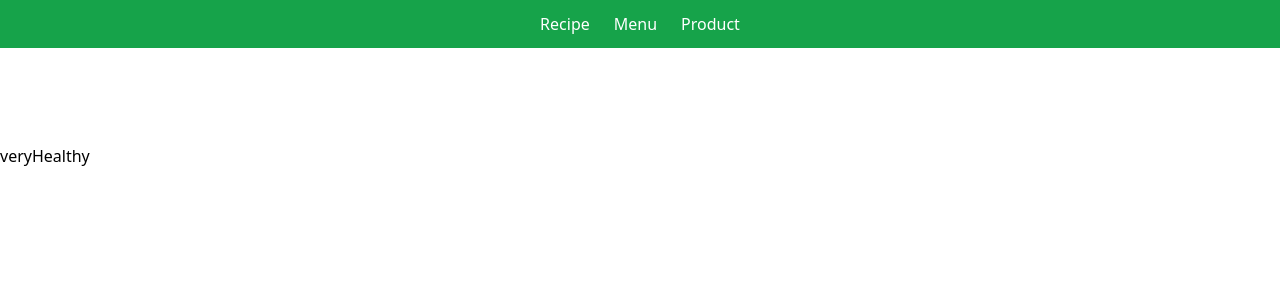
Repository: Amzad9/recipe-food
Page: / (app in new/)
These files come from the project's save history. The page is drawn as it stood at one moment and after the next save; the edit follows.
The browser window is 1280 px wide. The pictures show the whole page.
The project was rebuilt for these pictures with package versions that can differ from the ones it lists, and the page was loaded fresh each time. Also part of the build but not shown: new/src/pages/Product.js, new/src/pages/recipe/RecipeDetails.js, new/src/pages/menu/Menu.js, new/src/pages/menu/MenuDetails.js.

Above is the page before, as saved 2022-10-12 21:46:30.

After the next save:
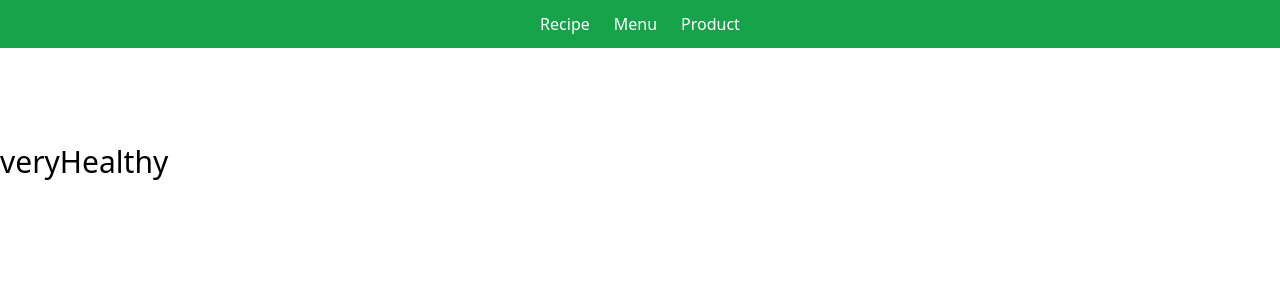
Saved 10 s later.
--- a/new/src/pages/recipe/Recipe.js
+++ b/new/src/pages/recipe/Recipe.js
@@ -42,7 +42,7 @@
     <div className="container mx-auto py-8">
     <div className="grid grid-cols-12 gap-4">
       <div className="col-span-12">
-         <h2 className='text-dark'>veryHealthy</h2>
+         <h2 className='text-dark text-3xl'>veryHealthy</h2>
       </div>
     </div>
       <div className="grid grid-cols-12 gap-4">
